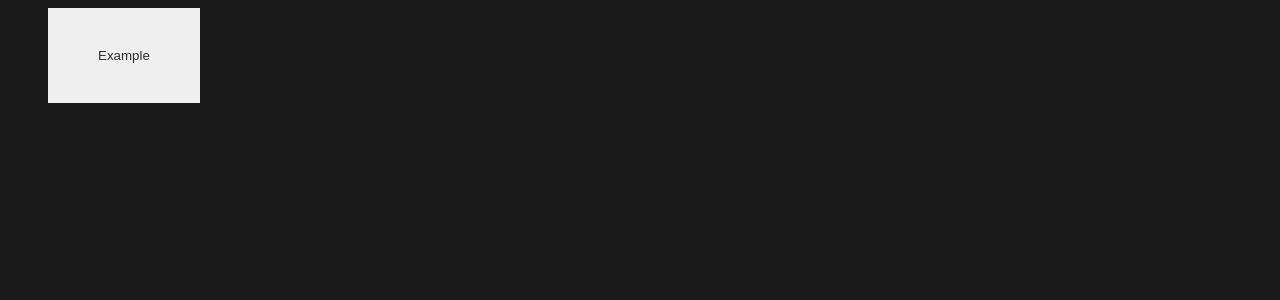
Repository: Folody-Team/Patery-UI
Page: example/index.html
These files come from the project's save history. The page is drawn as it stood at one moment and after the next save; the edit follows.
The browser window is 1280 px wide. The pictures show the whole page.

Above is the page before, as saved 2022-01-16 21:56:18.

After the next save:
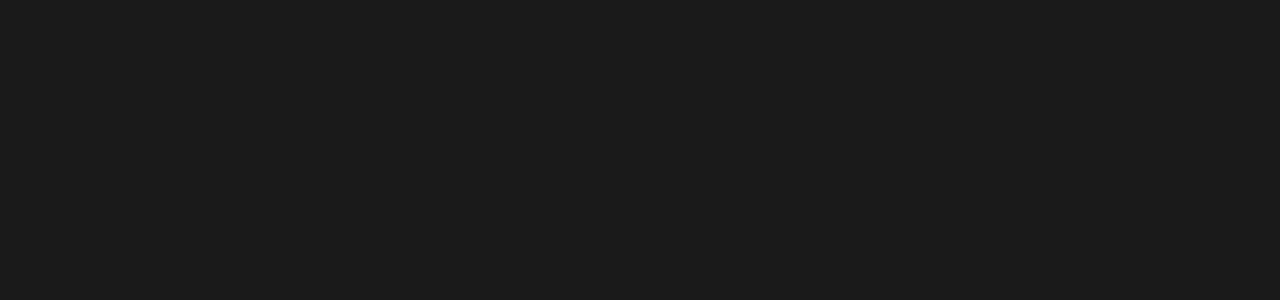
Saved 2 min 26 s later.
--- a/patery.js
+++ b/patery.js
@@ -1,5 +1,7 @@
 var element = document.querySelector('PateryPadding');
-element.tagName = 'div';
+// convert element to a div
+var div = document.createElement('div');
+div.appendChild(element);
 (async () => {
     // if 403, return
     if (document.body.innerHTML.includes('403 Forbidden')) return;

After the save that followed:
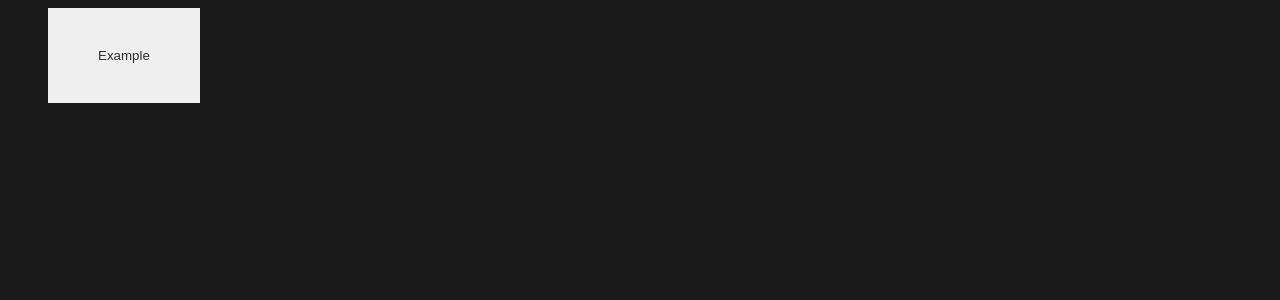
Saved 15 s later.
--- a/patery.js
+++ b/patery.js
@@ -2,6 +2,8 @@
 // convert element to a div
 var div = document.createElement('div');
 div.appendChild(element);
+// add the div to the body
+document.body.appendChild(div);
 (async () => {
     // if 403, return
     if (document.body.innerHTML.includes('403 Forbidden')) return;
